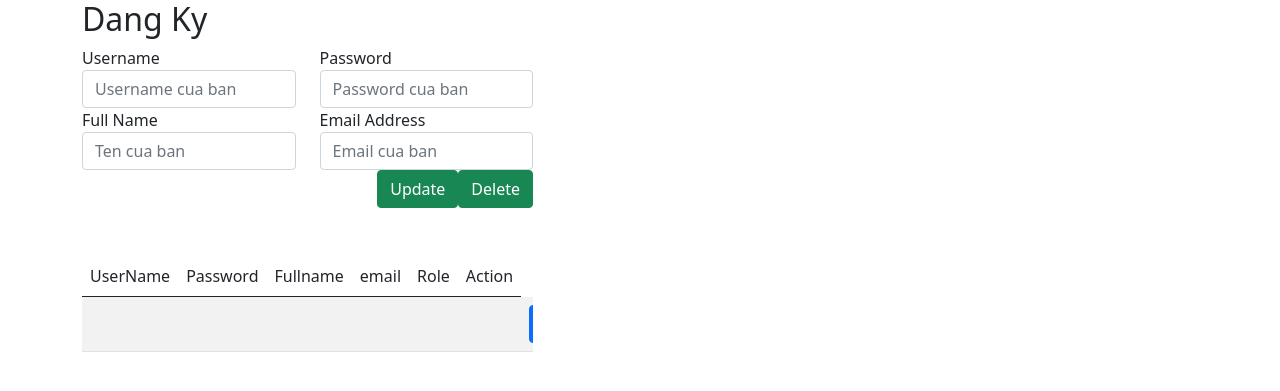
Repository: kiennd3921/AssJava4
Page: http://localhost/Assignment/view/admin/QLyAdmin.jsp
These files come from the project's save history. The page is drawn as it stood at one moment and after the next save; the edit follows.
The browser window is 1280 px wide. The pictures show the whole page.
The page is served by Tomcat 9.

Above is the page before, as saved 2021-04-16 01:05:44.

After the next save:
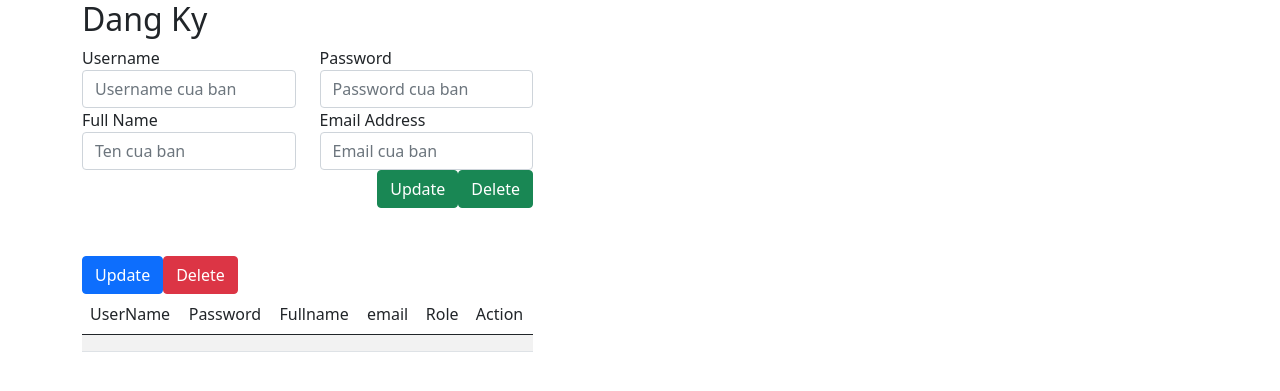
Saved 62 s later.
--- a/PT15307-UD/Assignment/WebContent/view/admin/QLyAdmin.jsp
+++ b/PT15307-UD/Assignment/WebContent/view/admin/QLyAdmin.jsp
@@ -70,13 +70,12 @@
 								<td>${ user.fullname }</td>
 								<td>${ user.admin }</td>
 								<td>${ user.post.size() }</td>
-								<td><a href="/PT15307-UD/admin/user/edit?id=${ user.id }"
-									class="btn btn-primary">Update</a></td>
-								<td>
-									<button class="btn btn-danger">Delete</button>
-								</td>
+
 							</tr>
 						</tbody>
+						<a href="/PT15307-UD/admin/user/edit?id=${ user.id }"
+							class="btn btn-primary">Update</a>
+						<button class="btn btn-danger">Delete</button>
 					</table>
 				</div>
 			</div>
